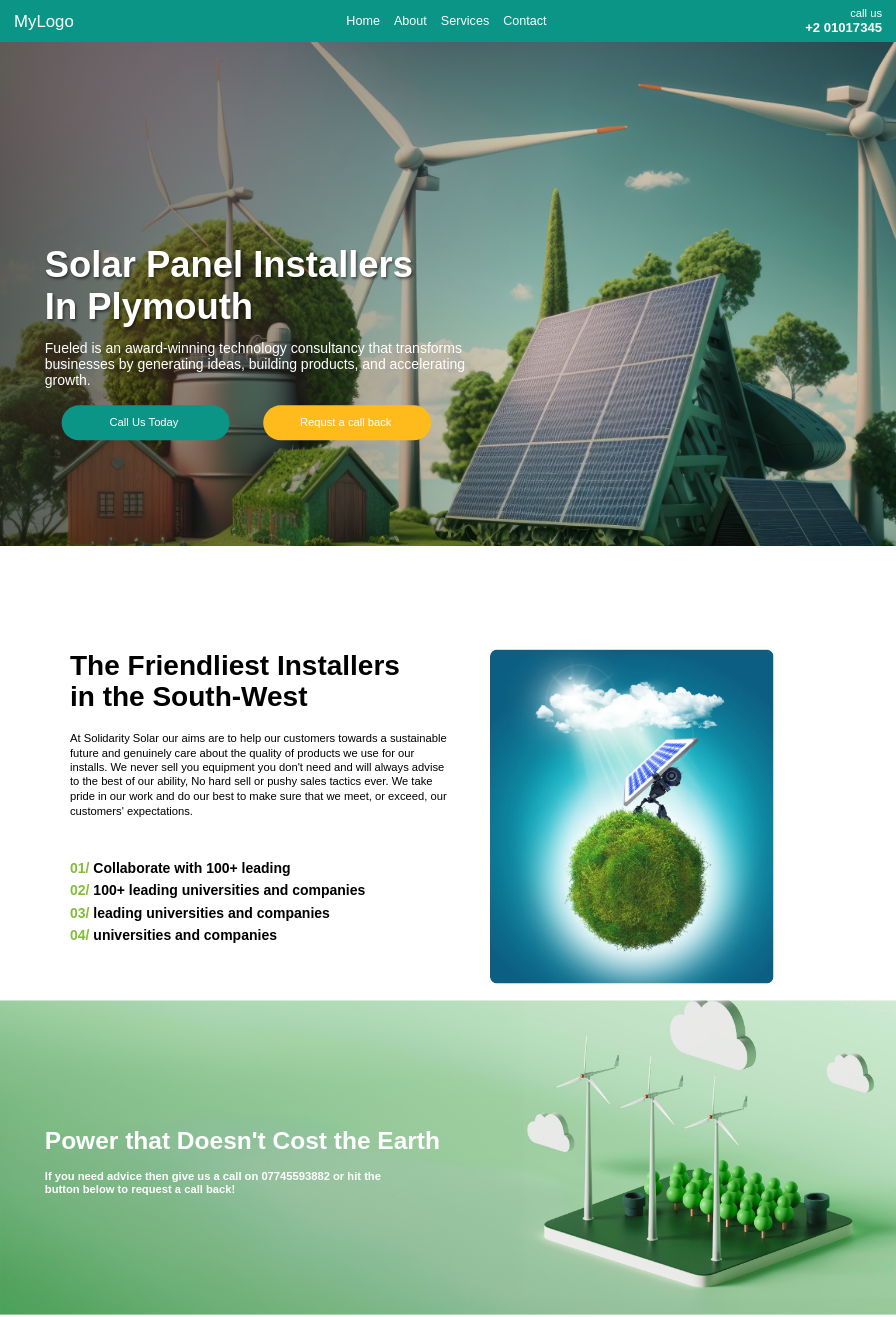
Repository: MaramNabil872/Landing-Page
Page: landingPage.html
These files come from the project's save history. The page is drawn as it stood at one moment and after a run of saves; the edit follows.
The browser window is 1280 px wide. The pictures show the whole page, at 70% of full size.

Above is the page before, as saved 2024-10-20 21:42:33.

### landingPage.html
<!DOCTYPE html>
<html lang="en">
    <head>
        <meta charset="UTF-8" />
        <meta name="viewport" content="width=device-width, initial-scale=1.0" />
        <title>Landing Page</title>
        <link rel="stylesheet" href="landingPage.css" />
    </head>
    <body>
        <nav class="navbar">
            <div class="logo">MyLogo</div>

            <ul class="nav-links">
                <li><a href="#home">Home</a></li>
                <li><a href="#about">About</a></li>
                <li><a href="#services">Services</a></li>
                <li><a href="#contact">Contact</a></li>
            </ul>
            <div class="call">
                <p>call us</p>
                <h3>+2 01017345</h3>
            </div>
        </nav>

        <div class="image-container">
            <img
                src="images/solar-panels-meadow 1.png"
                alt="Background Image"
                class="background-image"
            />
            <div class="main-text">
                <h2 class="text-wallpaper">
                    Solar Panel Installers <br />
                    In Plymouth
                </h2>
                <br />
                <p class="text-paragraph">
                    Fueled is an award-winning technology consultancy that
                    transforms <br />
                    businesses by generating ideas, building products, and
                    accelerating<br />
                    growth.
                </p>
                <div class="button-container">
                    <button class="button-wallpaper1">Call Us Today</button>
                    <button class="button-wallpaper2">
                        Requst a call back
                    </button>
                </div>
            </div>
        </div>

        <!-- first container -->

        <div class="container1">
            <div class="text-container1">
                <p class="title-container1">
                    The Friendliest Installers <br />in the South-West
                </p>
                <p class="paragraph-container1">
                    At Solidarity Solar our aims are to help our customers
                    towards a sustainable future and genuinely care about the
                    quality of products we use for our installs. We never sell
                    you equipment you don't need and will always advise to the
                    best of our ability, No hard sell or pushy sales tactics
                    ever. We take pride in our work and do our best to make sure
                    that we meet, or exceed, our customers' expectations.
                </p>
                <div class="last-container1">
                    <p>
                        <span class="number-container1">01/ </span>Collaborate
                        with 100+ leading
                    </p>
                    <p>
                        <span class="number-container1">02/ </span> 100+ leading
                        universities and companies
                    </p>
                    <p>
                        <span class="number-container1">03/ </span> leading
                        universities and companies
                    </p>
                    <p>
                        <span class="number-container1">04/ </span> universities
                        and companies
                    </p>
                </div>
            </div>
            <div class="image-container1">
                <img src="images/Rectangle 30.png" alt="solar" />
            </div>
        </div>

        <!-- second section -->

        <div class="section2">
            <img src="images/middle.png" alt="img">
            <div class="main-text">
                <h2 class="section2-text">Power that Doesn't Cost the Earth</h2>
              <h6 class="section2-paragraph">If you need advice then give us a call on 07745593882 or hit the <br> button below to request a call back!</h6>
            </div>
        </div>
    </body>
</html>

### landingPage.css
* {
    margin: 0;
    padding: 0;
    box-sizing: border-box; /* Added for consistent sizing */
}

body {
    font-family: Arial, sans-serif;
}
@media (max-width: 480px) {
    .text-overlay {
        font-size: 1.2rem; /* Even smaller text size for very small screens */
    }

    .call h3 {
        font-size: 1.2rem; /* Adjust call size for small screens */
    }
}

.navbar {
    background-color: #0b9586;
    display: flex;
    justify-content: space-between;
    align-items: center;
    padding: 10px 20px;
    position: relative;
    flex-wrap: wrap; /* Allow items to wrap on smaller screens */
}

.logo {
    color: #fff;
    font-size: 24px;
}

.nav-links {
    list-style: none;
    display: flex;
    flex-wrap: wrap; /* Allow links to wrap on smaller screens */
}

.nav-links li {
    margin-left: 20px;
}

.nav-links a {
    text-decoration: none;
    color: white;
    font-size: 18px;
    transition: color 0.3s;
}

.nav-links a:hover {
    color: #f0a500;
}

.call {
    color: #fff;
    text-align: right; /* Align text to the right */
}

.image-container {
    position: relative;
    width: 100%;
    height: 100vh;
    overflow: hidden;
}

.background-image {
    width: 100%;
    height: 100%;
    object-fit: cover;
}
.main-text{
    position: absolute;
    top: 40%;
    left:5%;
}
.text-wallpaper {


    color: white;
    font-size: 52px;
    font-weight: bold;
    text-shadow: 2px 2px 4px rgba(0, 0, 0, 0.5);
}
.text-paragraph{
    color: white;
    font-size:  20px;

}
.button-container{
    display: flex;
}
.button-wallpaper1 {
    background-color: #0b9586;
    color: white;
    border: none;
    border-radius: 20em;
    padding: 0.8em 1.5em 0.8em 1.2em;
    width: 40%;
    margin: 4%;
    height: 50px;
    font-size: 16px;
    cursor: pointer;
    align-items: center;

}
.button-wallpaper2 {
    background-color:  #FFBB1C;
    ;
    color: white;
    border: none;
    border-radius: 20em;
    padding: 0.8em 1.5em 0.8em 1.2em;
    width: 40%;
    margin: 4%;
    height: 50px;
    font-size: 16px;
    cursor: pointer;
    align-items: center;

}

.container1 {
    display: flex;
    background-color: white;
    padding-top: 10%;
    border-radius: 8px;
    max-width: 1200px;
    margin: 20px auto;


}
.title-container1{
    font-size: 40px;
    font-weight: bold;


}
.text-container1 {
   flex:1;
    padding-right:5%;
padding-left: 5%;}
.paragraph-container1{
    margin-top: 5%;
    line-height: 1.3;
}

.last-container1{
    font-size: 20px;
    font-weight: bold;
    padding-top: 10%;
    line-height: 1.6;
    .number-container1{
        color:#84BD3A;
        ;
    }
}
.image-container1 {
   flex:1
}

.image-container1 img {
    width: 75%;
    height: auto;
    border-radius: 8px;
}


.section2 {
    position: relative;
    width: 100%;
    overflow: hidden;
}

.section2 img {
    width: 100%;
    height: auto; }

.section2-text {
font-size: 35px;
    color: white;

}
.section2-paragraph{
    padding-top: 4%;
    font-size: 16px;
    color: white;
}
/* Media Queries for Responsiveness */
@media (max-width: 768px) {
    .navbar {
        flex-direction: column; /* Stack items vertically */
        align-items: flex-start; /* Align items to the left */
    }

    .nav-links {
        margin-top: 10px; /* Space between navbar and links */
    }

    .nav-links li {
        margin-left: 0;
        margin-bottom: 10px; /* Space between links */
    }

    .text-overlay {
        font-size: 1.5rem; /* Smaller text size for mobile */
    }
}

After the next 3 saves:
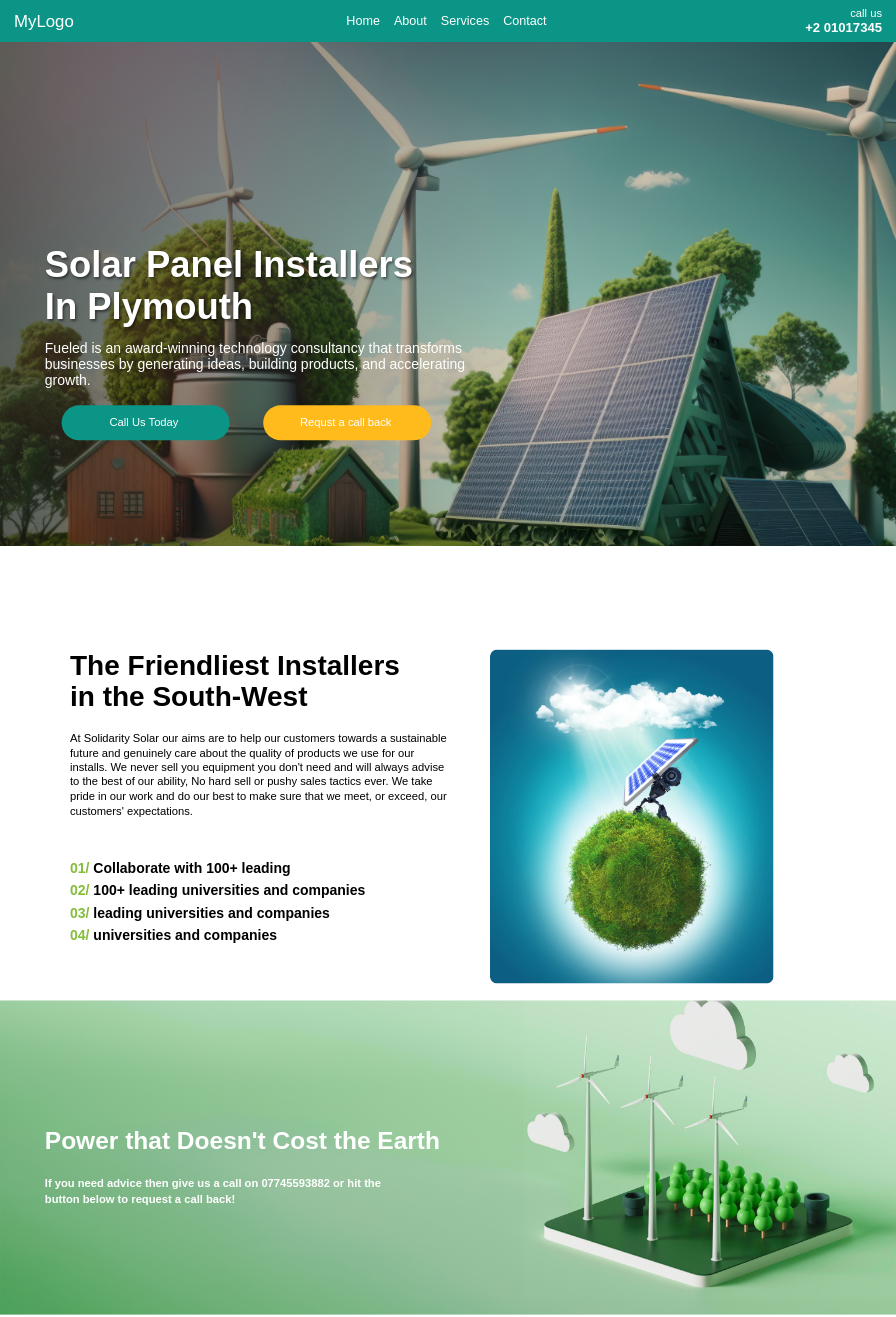
The 3 saves are shown as one change because they came seconds apart.
The last was saved 24 s later.
--- a/landingPage.css
+++ b/landingPage.css
@@ -183,7 +183,9 @@ font-size: 35px;
 
 }
 .section2-paragraph{
-    padding-top: 4%;
+    padding-top: 5%;
+    line-height: 1.5;
+
     font-size: 16px;
     color: white;
 }
